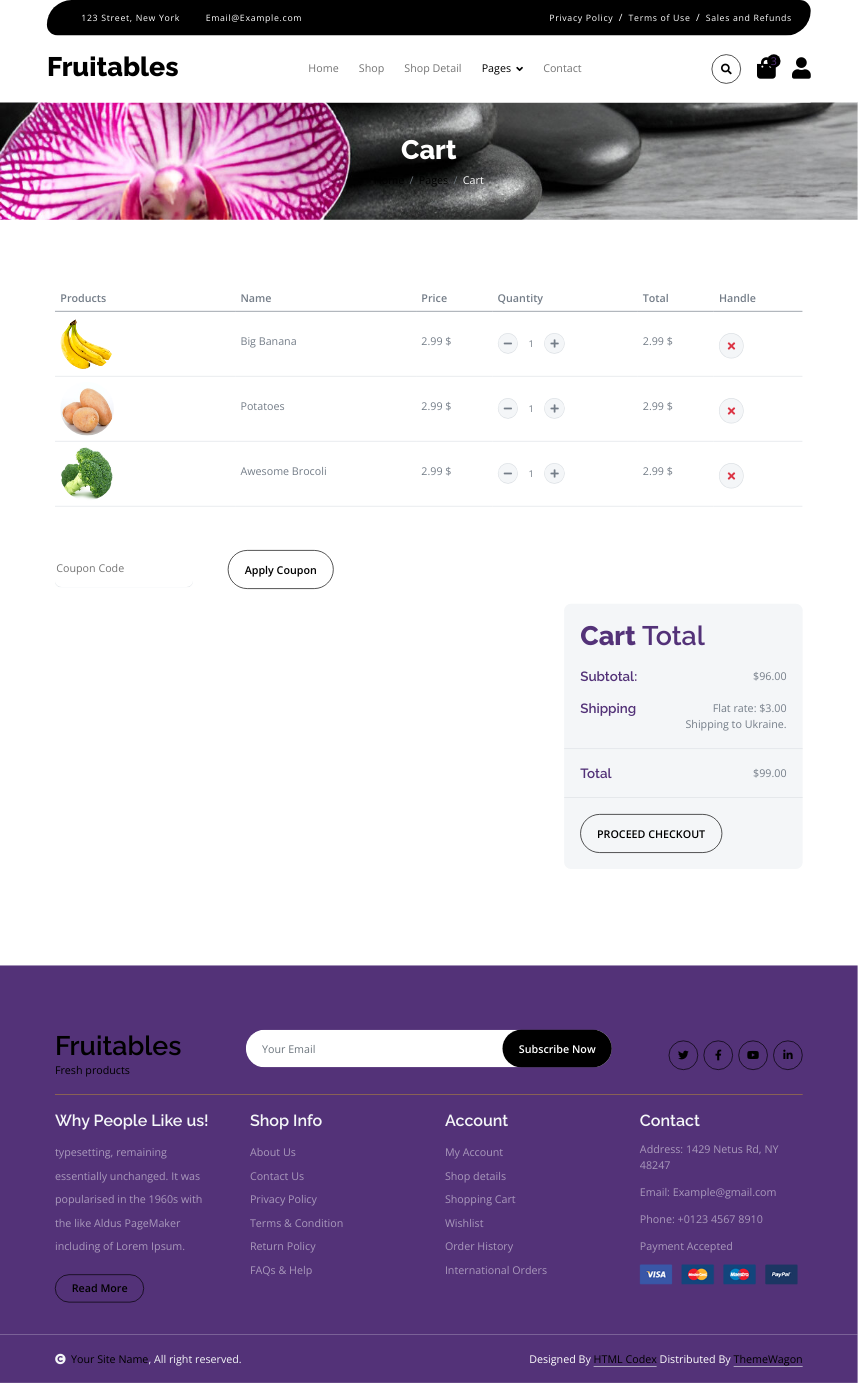
Repository: ChristhurasaRoshan/Maxiyux-New
Page: cart.html
An editor plug-in stored every save of this project. The page is shown before and after the next save, followed by the edit.
The browser window is 1280 px wide. The pictures show the whole page, at 67% of full size.
Some web libraries are served in a nearby version.

Above is the page before, as saved 2024-10-07 13:43:04.

After the next save:
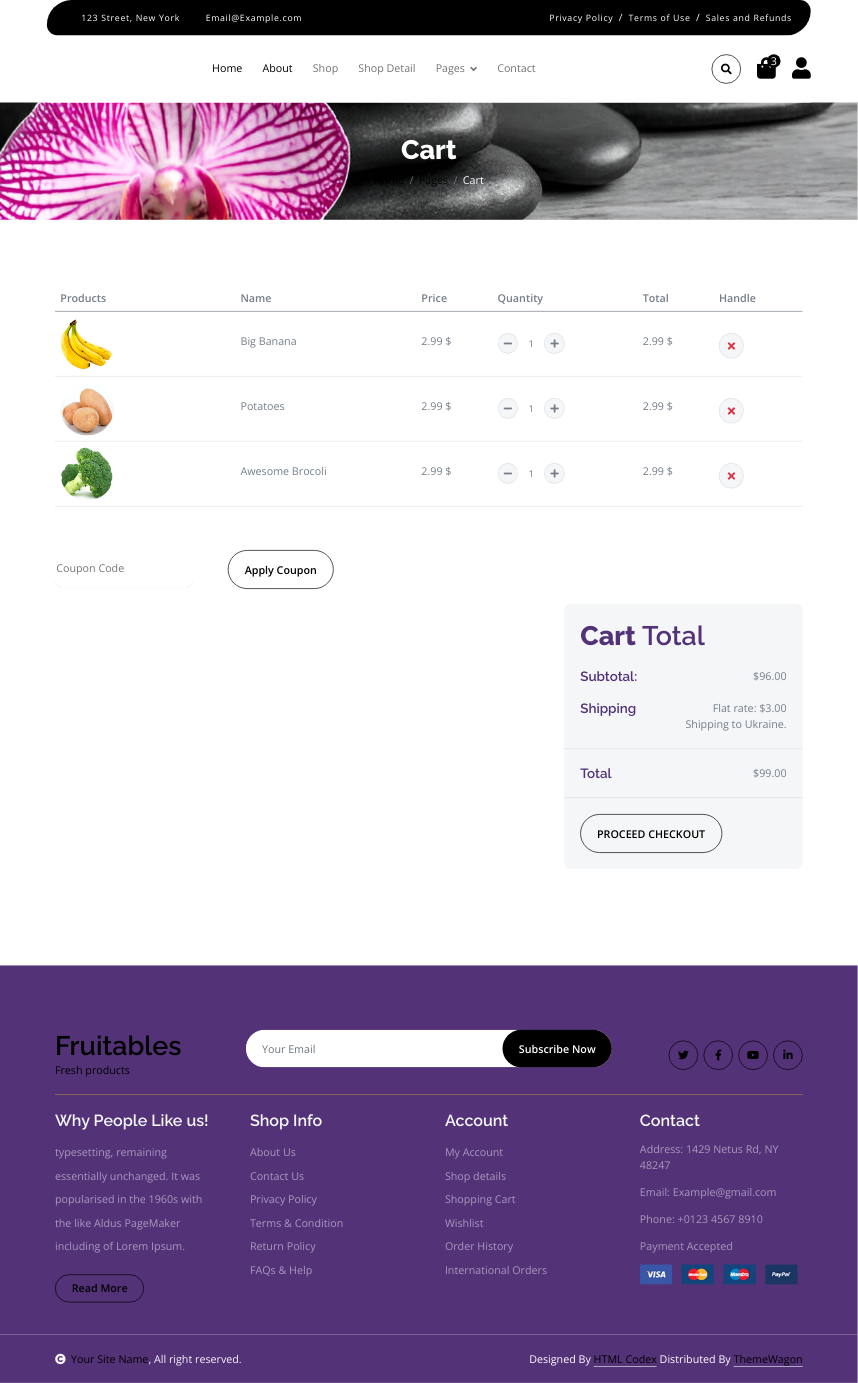
Saved 14 s later.
--- a/cart.html
+++ b/cart.html
@@ -55,22 +55,23 @@
             </div>
             <div class="container px-0">
                 <nav class="navbar navbar-light bg-white navbar-expand-xl">
-                    <a href="index.html" class="navbar-brand"><h1 class="text-primary display-6">Fruitables</h1></a>
+                    <!-- <img src="img/logo.png"> -->
                     <button class="navbar-toggler py-2 px-3" type="button" data-bs-toggle="collapse" data-bs-target="#navbarCollapse">
                         <span class="fa fa-bars text-primary"></span>
                     </button>
                     <div class="collapse navbar-collapse bg-white" id="navbarCollapse">
                         <div class="navbar-nav mx-auto">
-                            <a href="index.html" class="nav-item nav-link">Home</a>
+                            <a href="index.html" class="nav-item nav-link active">Home</a>
+                            <a href="about.html" class="nav-item nav-link active">About</a>
                             <a href="shop.html" class="nav-item nav-link">Shop</a>
                             <a href="shop-detail.html" class="nav-item nav-link">Shop Detail</a>
                             <div class="nav-item dropdown">
-                                <a href="#" class="nav-link dropdown-toggle active" data-bs-toggle="dropdown">Pages</a>
+                                <a href="#" class="nav-link dropdown-toggle" data-bs-toggle="dropdown">Pages</a>
                                 <div class="dropdown-menu m-0 bg-secondary rounded-0">
-                                    <a href="cart.html" class="dropdown-item active">Cart</a>
+                                    <a href="cart.html" class="dropdown-item">Cart</a>
                                     <a href="chackout.html" class="dropdown-item">Chackout</a>
                                     <a href="testimonial.html" class="dropdown-item">Testimonial</a>
-                                    <a href="404.html" class="dropdown-item">404 Page</a>
+                                    <!-- <a href="404.html" class="dropdown-item">404 Page</a> -->
                                 </div>
                             </div>
                             <a href="contact.html" class="nav-item nav-link">Contact</a>
@@ -79,7 +80,7 @@
                             <button class="btn-search btn border border-secondary btn-md-square rounded-circle bg-white me-4" data-bs-toggle="modal" data-bs-target="#searchModal"><i class="fas fa-search text-primary"></i></button>
                             <a href="#" class="position-relative me-4 my-auto">
                                 <i class="fa fa-shopping-bag fa-2x"></i>
-                                <span class="position-absolute bg-secondary rounded-circle d-flex align-items-center justify-content-center text-dark px-1" style="top: -5px; left: 15px; height: 20px; min-width: 20px;">3</span>
+                                <span class="position-absolute bg-secondary rounded-circle d-flex align-items-center justify-content-center text-white px-1" style="top: -5px; left: 15px; height: 20px; min-width: 20px;">3</span>
                             </a>
                             <a href="#" class="my-auto">
                                 <i class="fas fa-user fa-2x"></i>
